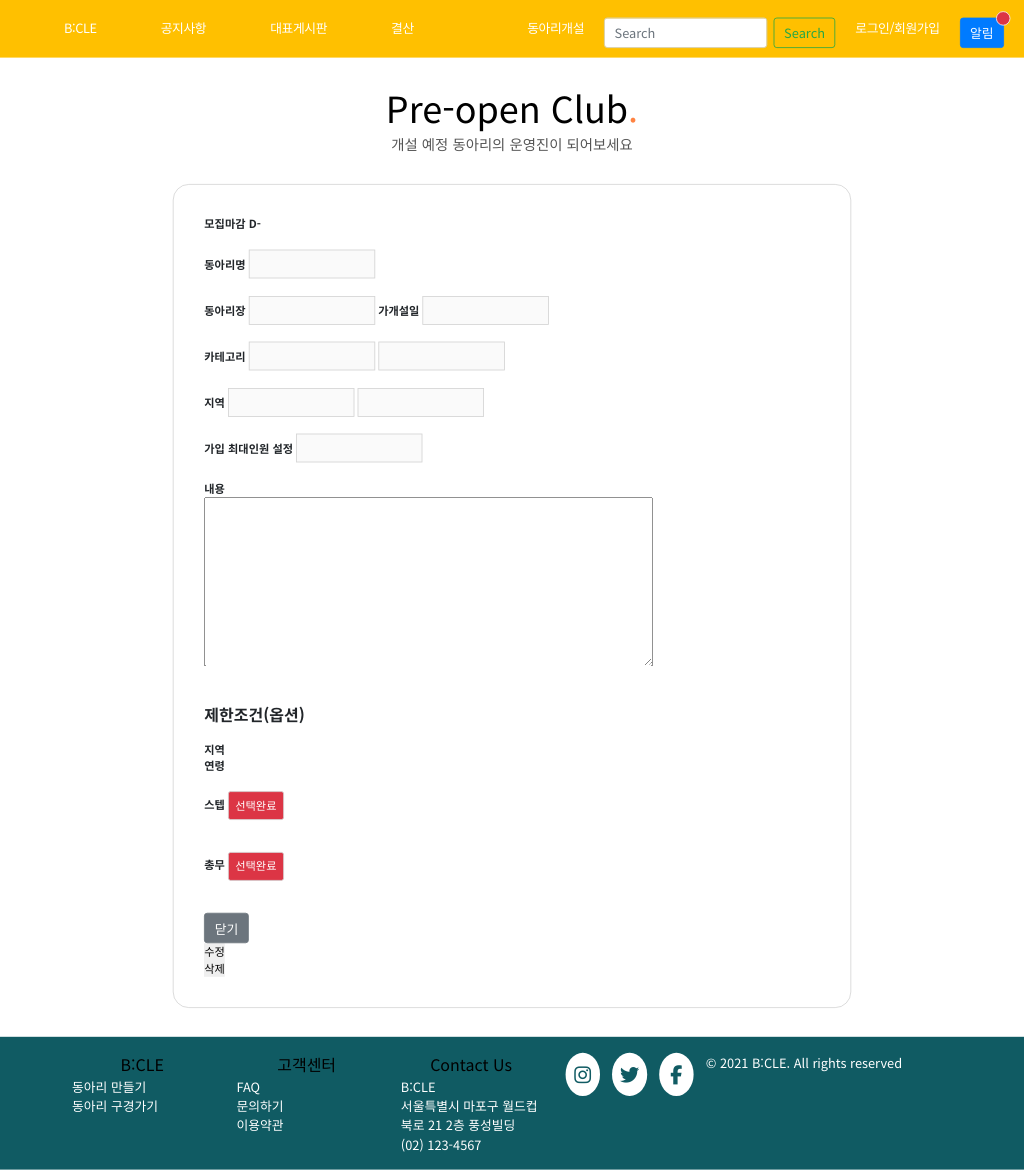
Repository: CHAEYUN7074/SpringProject
Page: http://localhost/viewpages/WEB-INF/view/ClubBeforeOpenedContents.jsp
An editor plug-in stored every save of this project. The page is shown before and after the next save, followed by the edit.
The browser window is 1280 px wide. The pictures show the whole page, at 80% of full size.
Some web fonts or font styles are not loaded; a fallback is used. Some web libraries are served in a nearby version. The page is served by Tomcat 9. Nobody is signed in. Other server files are loaded and not shown. The template is opened directly, without the code that normally fills it, so the values that code supplies are empty.

Above is the page before, as saved 2021-12-27 14:13:23.

### viewpages/WebContent/WEB-INF/view/ClubBeforeOpenedContents.jsp
<%@ page contentType="text/html; charset=UTF-8"%>
<%@ taglib prefix="c" uri="http://java.sun.com/jsp/jstl/core"%>
<%
   request.setCharacterEncoding("UTF-8");
String cp = request.getContextPath();
%>
<!DOCTYPE html>
<html>
<head>
<meta charset="UTF-8">
<title>ClubBeforeOpenedContents.jsp</title>
<link rel="stylesheet" href="css/mainpage.css">
<script type="text/javascript" src="http://code.jquery.com/jquery.min.js"></script>
<script type="text/javascript" src="<%=cp%>/js/jquery-ui.js"></script>
<script type="text/javascript" src="<%=cp%>/js/ajax.js"></script>

<!-- 부트스트랩 -->

<!-- <link rel="stylesheet" href="https://maxcdn.bootstrapcdn.com/bootstrap/3.4.1/css/bootstrap.min.css"> -->
<link href="https://cdn.jsdelivr.net/npm/bootstrap@5.1.3/dist/css/bootstrap.min.css" rel="stylesheet">
  <script src="https://cdn.jsdelivr.net/npm/bootstrap@5.1.3/dist/js/bootstrap.bundle.min.js"></script>
<script type="text/javascript" src="js/bootstrap.min.js"></script>
<style type="text/css">
@import
   url('https://fonts.googleapis.com/css?family=Exo+2|Noto+Sans+KR&display=swap')
   ;

.list-title{margin-top : 5vh;}
.profile {
   width: 100%;
   height: 100%;
   object-fit: cover;
}

.container {
   display: flex;
}

#staffModal {
   z-index: 9999;
}

#managerModal {
   z-index: 9999;
}

#contents {
   margin : 5vh 30vh 5vh 30vh;
   padding : 3%;
   border : 1px solid lightgray;
   border-radius : 20px;
   font-family: 'Noto Sans KR', sans-serif;
   font-weight:bold;
}

#contents input {  border : 1px solid lightgray;    height : 5vh; margin-right : 0vh; height : 5vh}
#contents p {margin-bottom : 3vh;}


</style>

<script>
$(document).ready(function()
{
   //alert('${admin}');
   //alert(('${admin}' == ""));

   //스텝 지원하기 눌렀을 때
   $("#applyBtn1").click(function()
   {
      var cid = '${clubDetail.cid}';
      var mid = '${mid}';
      var position_id = 3; // 스태프 직위 번호는 3

      alert("스태프 지원 완료!");
      $(location).attr("href", "preclubjoininsert.action?cid="+cid+"&mid="+mid+"&position_id="+position_id);

    });

   //총무 지원하기 눌렀을 때
   $("#applyBtn2").click(function()
   {
      var cid = '${clubDetail.cid}';
      var mid = '${mid}';
      var position_id = 2; // 총무 직위 번호는 2

      alert("총무 지원 완료!");
      $(location).attr("href", "preclubjoininsert.action?cid="+cid+"&mid="+mid+"&position_id="+position_id);

    });

   //스텝 지원취소 눌렀을 때
   $("#cancleBtn1").click(function()
   {
      var cid = '${clubDetail.cid}';
      var mid = '${mid}';

      if(confirm("스태프 지원을 취소하겠습니까?"))
      {
         $(location).attr("href", "preclubjoindelete.action?cid="+cid+"&mid="+mid);
      }
    });

   //총무 지원취소 눌렀을 때
   $("#cancleBtn2").click(function()
   {
      var cid = '${clubDetail.cid}';
      var mid = '${mid}';

      if(confirm("총무 지원을 취소하겠습니까?"))
      {
         $(location).attr("href", "preclubjoindelete.action?cid="+cid+"&mid="+mid);
      }
    });


   $(function()
   {
      $(".updateBtn").click(function()
      {
         //alert($(this).val());
         $(location).attr("href", "preclubupdateform.action?cid=" + $(this).val());

      });

      $(".deleteBtn").click(function()
      {
         //alert($(this).val());
         if(confirm("현재 선택한 데이터를 정말 삭제하시겠습니까?"))
         {
            $(location).attr("href", "preclubdelete.action?cid=" + $(this).val());
         }
      });

   });

    //글 작성자에게만 수정 버튼이 보이도록한다.
      $(document).ready(function()
      {
         if ('${mid}' == '${clubDetail.mid}')

         {
            $("#updateBtn").css("display", "block");
         } else
         {
            $("#updateBtn").css("display", "none");
         }

      });

      //글 작성자에게만 삭제 버튼이 보이도록한다. ++ // 관리자
      $(document).ready(function()
      {

         if (('${mid}' == '${clubDetail.mid}') ||('${admin}' != ""))

         {
            $("#deleteBtn").css("display", "block");
         } else
         {
            $("#deleteBtn").css("display", "none");
         }

      });

      $(".updateBtn").click(function()
      {
         $('#managerModal').modal('show');
      });



});

</script>
</head>
<body>

   <!--
ClubBeforeOpenedContents.jsp
- 메인화면(로그인 전) 페이지 2 -⑤ 회원 모집 동아리 상세페이지(내용)
- 개절예정 동아리(스탭프 지원(동의)받는중)
 -->
   <div class="wrap">
      <!-- 네브 영역 -->
      <div>
         <c:import url="nav.jsp"></c:import>
      </div>


       <section class="list-title">
         <div class="title">
            <h2>Pre-open Club<span>.</span></h2>
            <p>개설 예정 동아리의 운영진이 되어보세요</p>
         </div>
      </section>

      <!-- 콘텐츠 영역 -->
      <div id="contents">
         <div>
            <p>모집마감 D- ${clubDetail.day} </p>
         </div>

         <div>
            <form action="">
               <div>
                  <p>   동아리명
                  <input type="text" id="title" name="title" value="${clubDetail.title }"  disabled="disabled">
                  </p>
                  <p>
                     동아리장
                     <input type="text" id="nickname" name="nickname" value="${clubDetail.nickname }" disabled="disabled">
                     가개설일
                     <input type="text" id="preopendate" name="preopendate" value="${clubDetail.preopendate}" disabled="disabled">
                  </p>
                  <p>
                     카테고리
                     <input type="text" id="l_cat" name="l_cat" value="${clubDetail.l_cat}" disabled="disabled">
                     <input type="text" id="s_cat" name="s_cat" value="${clubDetail.s_cat}" disabled="disabled">
                  </p>
                  <p>
                     지역
                     <input type="text"  value="${clubDetail.city}" disabled="disabled">
                     <input type="text" value="${clubDetail.local}" disabled="disabled">
                  </p>
                  <p>
                     가입 최대인원 설정
                     <input type="text" value="${clubDetail.max}" disabled="disabled">
                  </p>
                  <p>
                     내용<br>
                     <textarea rows="10" cols="70">
                     ${clubDetail.content}
                     </textarea>
                  </p>
					<br>
                  <div>
                     <h5>제한조건(옵션)</h5>
                     <br>
                     <div>
                     <!-- if로 받아온 지역제한 코드가 'X'면 없음으로 보이고
                     있으면 받아온 지역명으로 보이게-->
                        지역&nbsp;
                     <c:choose>
                        <c:when test="${clubDetail.limit_id eq 'X'}">
                           <input type="text" value="없음" disabled="disabled">
                           <input type="text" value="없음" disabled="disabled">
                        </c:when>
                     </c:choose>
                     <c:choose>
                        <c:when test="${clubDetail.limit_id eq 'O'}">
                           <input type="text" value="${clubDetail.city}" disabled="disabled">
                           <input type="text" value="${clubDetail.local}" disabled="disabled">
                        </c:when>
                     </c:choose>
                     </div>

                     <div>
                     <!-- if로 받아온 나이제한 코드가 'X'면 없음으로 보이고
                     있으면 받아온 최대나이와 최소나이로 보이게  -->
                        연령&nbsp;
                        <c:choose>
                           <c:when test="${clubDetail.agelimit_id eq 'X'}">
                              <input type="text" value="없음" disabled="disabled">
                              <input type="text" value="없음" disabled="disabled">
                           </c:when>
                        </c:choose>
                        <c:choose>
                           <c:when test="${clubDetail.agelimit_id eq 'O'}">
                              <input type="text" value="${clubDetail.min_age}"
                                 disabled="disabled"> ~
                              <input type="text" value="${clubDetail.max_age}"
                                 disabled="disabled">
                           </c:when>
                        </c:choose>
                     </div>

                     <!-- 우선 자기 동아리 인지 / 아닌지
                     자기 동아리면 지원하기가 아니고 선정하기 -->
                     <br>
                     <div>
                        스텝
                        <c:choose>
                           <c:when test="${clubDetail.mid eq mid and staffCnt eq 0}">
                              <button type="button" class="btn btn-success btn-sm"
                                 data-bs-toggle="modal" data-bs-target="#staffModal" id="choiceBtn1">
                                 선정하기</button>

                           </c:when>
                           <c:when test="${clubDetail.mid eq mid and staffCnt ne 0}">
                              <input type="button" class="btn btn-danger btn-sm" value="선택완료" readonly="readonly" >
                           </c:when>
                           <c:when test="${joinCheck eq -1}"> <!-- 가입신청이 안되어있으면 지원하기 보임 -->
                              <input type="button" value="지원하기" id="applyBtn1" >
                           </c:when>
                           <c:when test="${joinCheck eq 3}"> <!-- 이미 해당 포지션에 지원 했다면 지원취소 보임 -->
                              <input type="button" value="지원취소" id="cancleBtn1" >
                           </c:when>
                        </c:choose>
                     <!--
                        <div class="container"> 5개마다 그려줘야함
                           <div class="box" style="background: #BDBDBD;">
                              <img class="profile" src="">
                           </div>
                           <div class="box" style="background: #BDBDBD;">
                              <img class="profile" src="">
                           </div>
                           <div class="box" style="background: #BDBDBD;">
                              <img class="profile" src="">
                           </div>
                           <div class="box" style="background: #BDBDBD;">
                              <img class="profile" src="">
                           </div>
                           <div class="box" style="background: #BDBDBD;">
                              <img class="profile" src="">
                           </div>
                        </div> - -->

                        <!-- 선정하기를 완료하면 선정완료로 변경 -->
                        <div class="container">
                           <table>
                           <tr>
                              <c:forEach var="staff" items="${applyStaffList }" varStatus="status">
                                 <c:if test="${status.index%5==0 }">
                                    </tr><tr>
                                 </c:if>
                                 <td>
                                 <c:choose>
                                       <c:when test="${clubDetail.mid eq mid}"> <!-- 동아리 장이면 프로필 이동 가능 (a태그) -->
                                          <a href="memberprofile.action?mid=${staff.mid}"
                                          onclick="window.open(this.href, '회원 프로필' , 'width=900,height=600'); return false;">
                                          <img src="${staff.url }" class="rounded-circle" alt="Cinque Terre" width="100" height="100">
                                          <br> ${staff.nickname }
                                          </a>
                                       </c:when>
                                       <c:otherwise> <!-- 동아리 장 아니면 프로필 이동 불가, 사진과 닉네임만 보여짐 -->
                                          <img src="${staff.url }" class="rounded-circle" alt="Cinque Terre" width="100" height="100">
                                          <br> ${staff.nickname }
                                       </c:otherwise>
                                    </c:choose>
                                 </td>
                              </c:forEach>
                           </tr>

                           </table>
                        </div>
                     </div>

                     <div>
                        총무
                        <c:choose>
                           <c:when test="${clubDetail.mid eq mid and managerCnt eq 0}">
                              <button type="button" class="btn btn-success btn-sm"
                                 data-bs-toggle="modal" data-bs-target="#managerModal"
                                  id="choiceBtn2">
                                 선정하기</button>
                                 <%-- <c:import url="ChoiceModal.jsp"></c:import> --%>
                           </c:when>
                           <c:when test="${clubDetail.mid eq mid and managerCnt ne 0}">
                              <input type="button" class="btn btn-danger btn-sm" value="선택완료" readonly="readonly" >
                           </c:when>
                           <c:when test="${joinCheck eq -1}">
                              <input type="button" value="지원하기" id="applyBtn2" >
                           </c:when>
                           <c:when test="${joinCheck eq 2}">
                              <input type="button" value="지원취소" id="cancleBtn2" >
                           </c:when>
                        </c:choose>

                        <div class="container">
                           <table>
                           <tr>
                              <c:forEach var="manager" items="${applyManagerList }" varStatus="status">
                                 <c:if test="${status.index%5==0 }">
                                    </tr><tr>
                                 </c:if>
                                 <td>
                                    <c:choose>
                                       <c:when test="${clubDetail.mid eq mid}"> <!-- 동아리 장이면 프로필 이동 가능 (a태그) -->
                                          <a href="memberprofile.action?mid=${manager.mid}"
                                          onclick="window.open(this.href, '회원 프로필' , 'width=900,height=600'); return false;">
                                          <img src="${manager.url }" class="rounded-circle" alt="Cinque Terre" width="100" height="100">
                                          <br> ${manager.nickname }
                                          </a>
                                       </c:when>
                                       <c:otherwise>
                                          <img src="${manager.url }" class="rounded-circle" alt="Cinque Terre" width="100" height="100">
                                          <br> ${manager.nickname }
                                       </c:otherwise>
                                    </c:choose>

                                 </td>
                              </c:forEach>
                           </tr>

                           </table>
                        </div>
                     </div>

                  <div class ="button_set">

                        <button type="button" class="btn btn-secondary" id="closeBtn" onclick="location.href='clubprelistform.action'">닫기</button>
                        <button type="button" class="updateBtn" id="updateBtn" onclick="checkId()" value="${clubDetail.cid }" style="display: block">수정</button>
                        <button type="button" class="deleteBtn" id="deleteBtn" onclick="checkId2()" value="${clubDetail.cid }">삭제</button>
                     </div>


               </div>
            </form>
         </div>
      </div>
       </div>

      <!-- 풋터영역 -->
      <div>
         <c:import url="footer.jsp"></c:import>
      </div>


<!-- ○ 스태프 선택 모달 -->
<!-- Modal : 처음에는 안보이게 설정이 되어 있다. -->
<!-- The Modal -->
<div class="modal fade" id="staffModal">  <!-- fade 천천히 나타나게 해주는 -->
  <div class="modal-dialog "> <!-- 뒤에 백그라운드 어두어지게 하는거 -->

    <!-- Modal content -->
    <form action="memberselect.action?cid=${clubDetail.cid }" method="post"> <!-- 폼태그로 넘기거나, 자바스크립트를 사용하거나  -->
    <div class="modal-content"> <!-- 모달의 전체적인 구성 -->

      <!-- Modal Header -->
      <div class="modal-header">
        <h5 class="modal-title">함께하기</h5>
        <button type="button" class="btn-close" data-bs-dismiss="modal"></button> <!-- X버튼을 클릭하면 모달이 닫힌다. -->
      </div>

      <!-- Modal body -->
      <div class="modal-body">
         <div class="row">
            <c:forEach var="staff" items="${applyStaffList }" varStatus="status">
               <c:if test="${status.index%3==0 }">
                  </div><div class="row">
               </c:if>
               <div class="col-lg-4">
                  <img src="${staff.url }" class="rounded-circle" alt="Cinque Terre" width="80" height="80">
                  <p>${staff.nickname }<p>
                  &nbsp;&nbsp;&nbsp;&nbsp;&nbsp;
                  <input type="radio" class="form-check-input" id="selectRadio" name="selectRadio" value="${staff.mid }">
                  <label class="form-check-label" for="selectRadio"></label>
               </div>
            </c:forEach>
            </div>
      </div>

      <!-- Modal footer -->
      <div class="modal-footer">
         <button type="submit" class="btn btn-success" data-bs-dismiss="modal">선택</button>
        <button type="button" class="btn btn-danger" data-bs-dismiss="modal">취소</button>
      </div>

    </div> <!-- end modal-content  -->
    </form>

  </div>
</div> <!-- staffModal end -->

 <!-- 총무 선택 모달 -->
<div class="modal fade" id="managerModal">  <!-- fade 천천히 나타나게 해주는 -->
  <div class="modal-dialog "> <!-- 뒤에 백그라운드 어두어지게 하는거 -->

    <!-- Modal content -->
    <form action="memberselect.action?cid=${clubDetail.cid }" method="post"> <!-- 폼태그로 넘기거나, 자바스크립트를 사용하거나  -->
    <div class="modal-content"> <!-- 모달의 전체적인 구성 -->

      <!-- Modal Header -->
      <div class="modal-header">
        <h5 class="modal-title">함께하기</h5>
        <button type="button" class="btn-close" data-bs-dismiss="modal"></button> <!-- X버튼을 클릭하면 모달이 닫힌다. -->
      </div>

      <!-- Modal body -->
      <div class="modal-body">
         <div class="row">
            <c:forEach var="manager" items="${applyManagerList }" varStatus="status">
               <c:if test="${status.index%3==0 }">
                  </div><div class="row">
               </c:if>
               <div class="col-lg-4">
                  <img src="${manager.url }" class="rounded-circle" alt="Cinque Terre" width="80" height="80">
                  <p>${manager.nickname }<p>
                  &nbsp;&nbsp;&nbsp;&nbsp;&nbsp;
                  <input type="radio" class="form-check-input" id="selectRadio" name="selectRadio" value="${manager.mid }">
                  <label class="form-check-label" for="selectRadio"></label>
               </div>
            </c:forEach>
            </div>
      </div>

      <!-- Modal footer -->
      <div class="modal-footer">
         <button type="submit" class="btn btn-success" data-bs-dismiss="modal">선택</button>
        <button type="button" class="btn btn-danger" data-bs-dismiss="modal">취소</button>
      </div>

    </div> <!-- end modal-content  -->
    </form>

  </div>
</div>

</body>
</html>

Loaded but not shown: viewpages/WebContent/js/jquery-ui.js (library); viewpages/WebContent/js/bootstrap.min.js (library); viewpages/WebContent/js/ajax.js (47 lines, source omitted); viewpages/WebContent/css/mainpage.css (112 lines, source omitted); viewpages/WebContent/WEB-INF/view/nav.jsp (266 lines, source omitted); viewpages/WebContent/WEB-INF/view/footer.jsp (213 lines, source omitted)

After the next save:
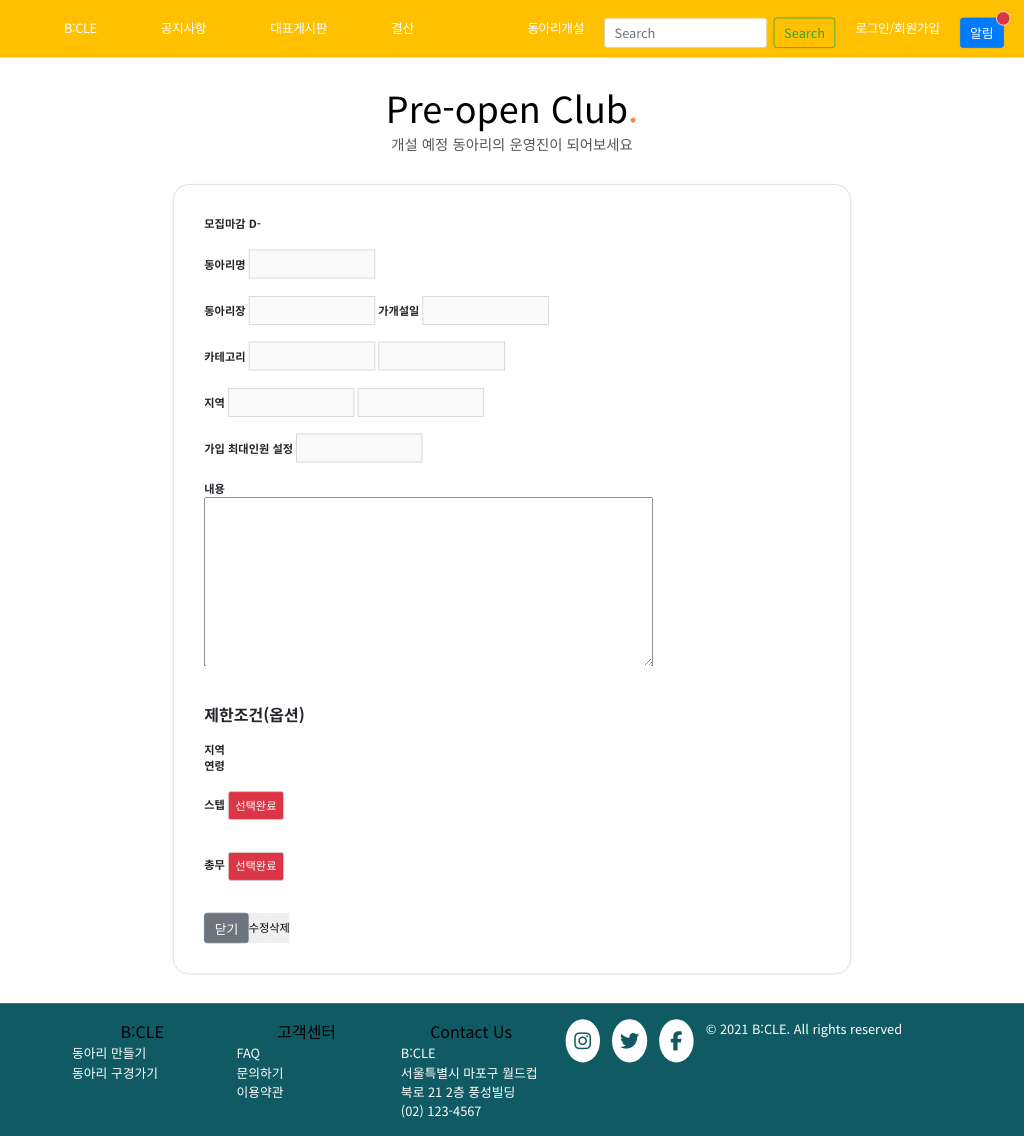
Saved 24 s later.
--- a/viewpages/WebContent/WEB-INF/view/ClubBeforeOpenedContents.jsp
+++ b/viewpages/WebContent/WEB-INF/view/ClubBeforeOpenedContents.jsp
@@ -55,6 +55,7 @@ String cp = request.getContextPath();
 
 #contents input {  border : 1px solid lightgray;    height : 5vh; margin-right : 0vh; height : 5vh}
 #contents p {margin-bottom : 3vh;}
+.button_set{display : flex;}
 
 
 </style>
